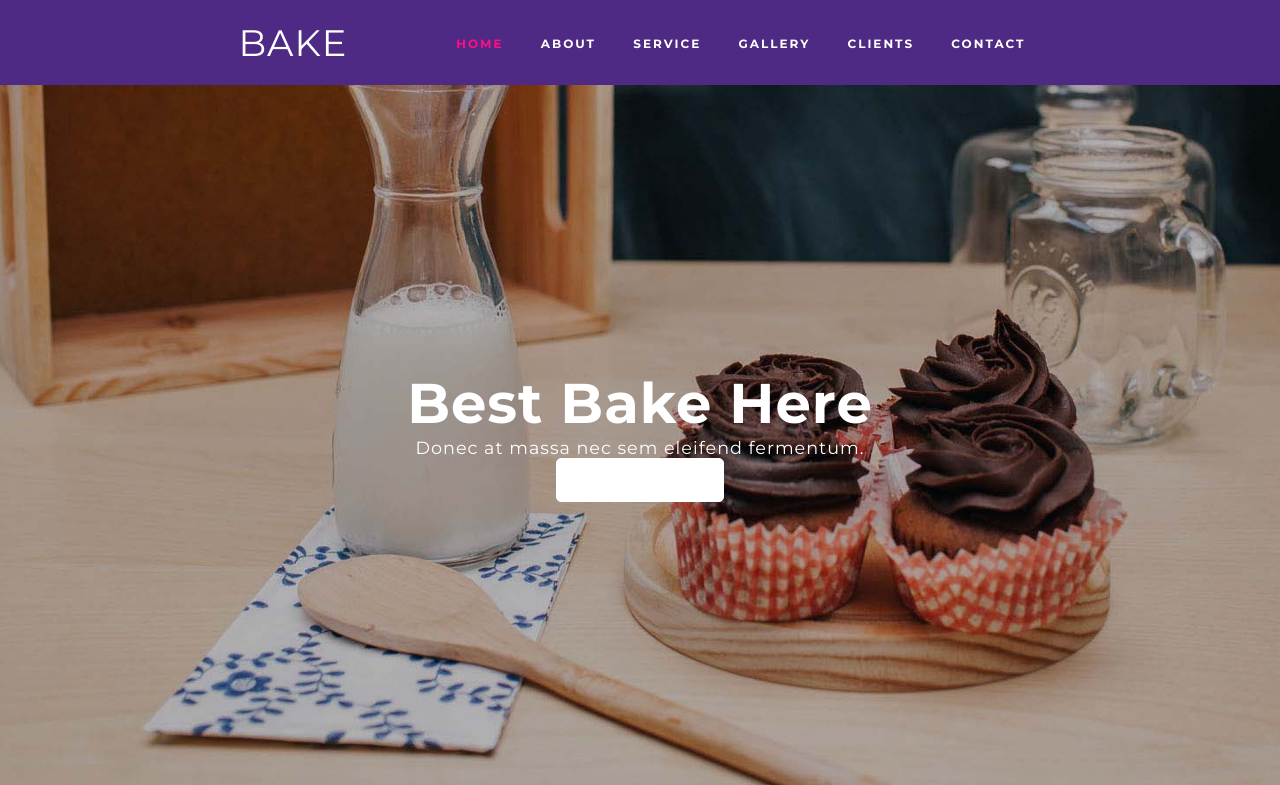
Repository: ducdatit2002/bake-cake
Page: index.html
An editor plug-in stored every save of this project. The page is shown before and after the next save, followed by the edit.
The browser window is 1280 px wide. The pictures show the whole page.
The pointer rests on the first visible `button`.

Above is the page before, as saved 2023-07-13 00:22:46.

### index.html
<!DOCTYPE html>
<html lang="en">
<head>
    <meta charset="UTF-8">
    <meta name="viewport" content="width=device-width, initial-scale=1.0">
    <title>BAKE</title>
    <!-- FONT ICON -->
    <link rel="stylesheet" href="https://cdnjs.cloudflare.com/ajax/libs/font-awesome/6.4.0/css/all.min.css"
        integrity="sha512-iecdLmaskl7CVkqkXNQ/ZH/XLlvWZOJyj7Yy7tcenmpD1ypASozpmT/E0iPtmFIB46ZmdtAc9eNBvH0H/ZpiBw=="
        crossorigin="anonymous" referrerpolicy="no-referrer" />
    <!-- FONT GOOGLE -->
    <link rel="preconnect" href="https://fonts.googleapis.com">
    <link rel="preconnect" href="https://fonts.gstatic.com" crossorigin>
    <link href="https://fonts.googleapis.com/css2?family=Montserrat:wght@300;400;700&display=swap" rel="stylesheet">
    <!-- MAIN CSS -->
    <link rel="stylesheet" href="./index.css">

</head>
<body>
    <!-- HEADER -->
    <header>
        <div class="header__content">
            <p>BAKE</p>
            <nav>
                <ul>
                    <li class="active"><a href="#">HOME</a></li>
                    <li><a href="#">ABOUT</a></li>
                    <li><a href="#">SERVICE</a></li>
                    <li><a href="#">GALLERY</a></li>
                    <li><a href="#">CLIENTS</a></li>
                    <li><a href="#">CONTACT</a></li>
                </ul>
            </nav>
        </div>
    </header>
    <!-- CAROUSEL -->
    <section class="carousel">
        <div class="carousel__content">
            <h1>Best Bake Here</h1>
            <p>Donec at massa nec sem eleifend fermentum.</p>
            <button>LEARN MORE</button>
        </div>
    </section>
    <!-- INTRO -->
    <section class="intro"></section>
    <!-- NUMBER -->
    <section class="number"></section>
    <!-- SERVICES -->
    <section class="services"></section>
    <!-- GALLERY -->
    <section class="gallery"></section>
    <!-- TEAM MEMBER -->
    <section class="team"></section>
    <!-- FEEDBACK -->
    <section class="feedback"></section>
    <!-- CONTACT -->
    <section class="contact"></section>
    <!-- FOOTER -->
    <footer></footer>
</body>
</html>

### index.css
/* GLOBAL */
*{
    margin: 0;
    padding: 0;
    box-sizing: border-box;
}
html{
    font-size: 16px;
    /* 1 rem = 18px */
    /* Không khai báo thì 1 rem là 16px */

}
body {
    font-family: 'Montserrat', sans-serif;
    color: #212529;
    background-color: #fff;
    letter-spacing: 1px;
}
button {
    background-color: #ff0e83;
    border: 1px solid white;
    color: white;
    padding: 13px 32px;
    font-size: 0.875rem;
    border-radius: 5px;
    cursor: pointer;
    letter-spacing: 1px;
}
button:hover {
    background-color: white;
    co
}
/* HEADER */
header {
    background-color: #4e2a84;
    padding: 20px 0;
}
.header__content {
    width: 70%;
    margin: 0 auto;
    display: flex;
    justify-content: space-around;
    align-items: center;
}
.header__content ul {
    list-style: none;
}
.header__content ul a {
    text-decoration: none;
    color: white;
    font-weight: 700;
    font-size: 0.75rem;
    letter-spacing: 2px;
    /* transition-property: all;
    transition-duration: 1s;
    transition-delay: 0s;
    transition-timing-function: linear; */
    transition: all 1s;
}
.header__content ul a:hover {
    color: #ff0e83;
}
.header__content ul li {
    display: inline;
    margin: 0 1rem;
}
.header__content p {
    color: white;
    font-size: 2.3rem;
    /* 2.3 rem ~ 37px */
}
.header__content ul .active a {
    color: #ff0e83;
}

/* CAROUSEL */
.carousel{
    background-image: url(./img/b3.jpg);
    height: 700px;
    background-size: cover;
    background-position: center;
    color: white;
    text-align: center;
    display: flex;
    justify-content: center;
    align-items: center;
}
.carousel__content h1 {
    font-size: 3.5rem;
}
.carousel__content p {
    font-size: 1.1rem;
}

After the next save:
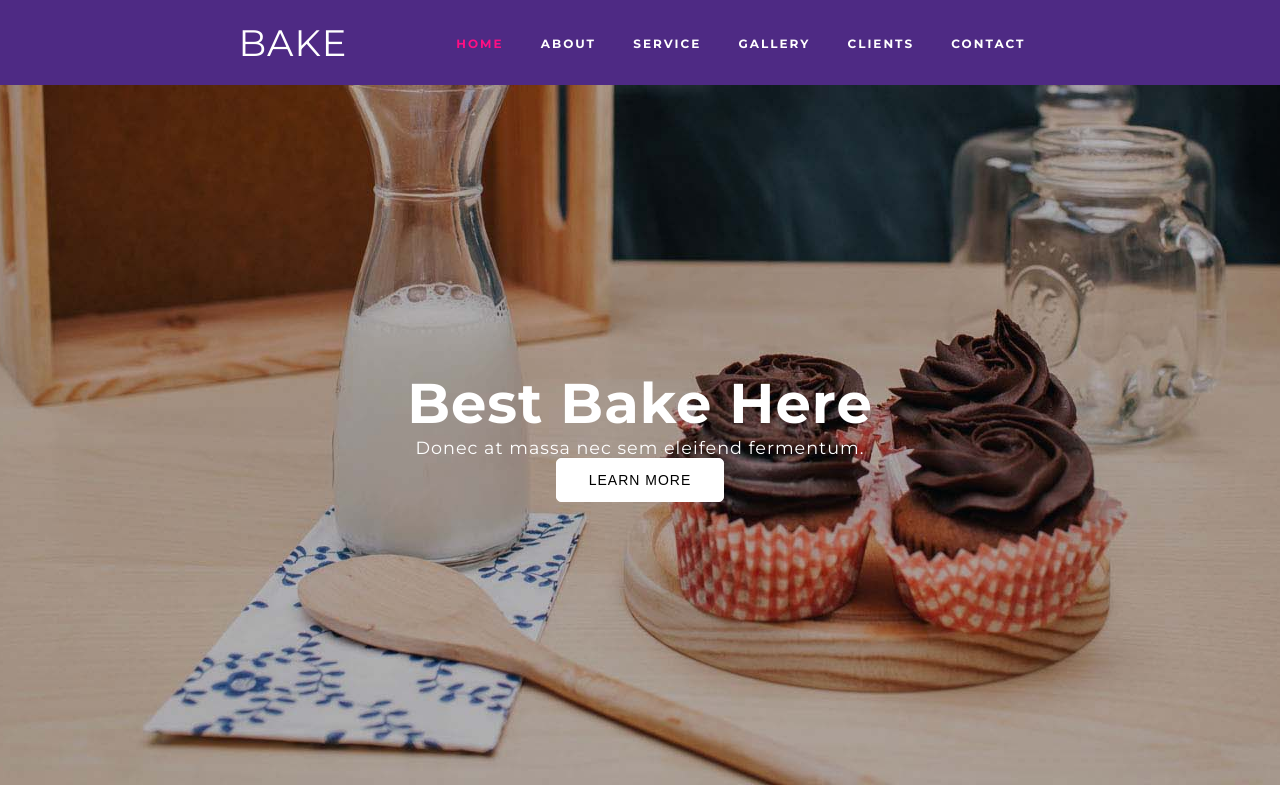
Saved 6 s later.
--- a/index.css
+++ b/index.css
@@ -28,7 +28,8 @@ button {
 }
 button:hover {
     background-color: white;
-    co
+    color: black;
+
 }
 /* HEADER */
 header {
